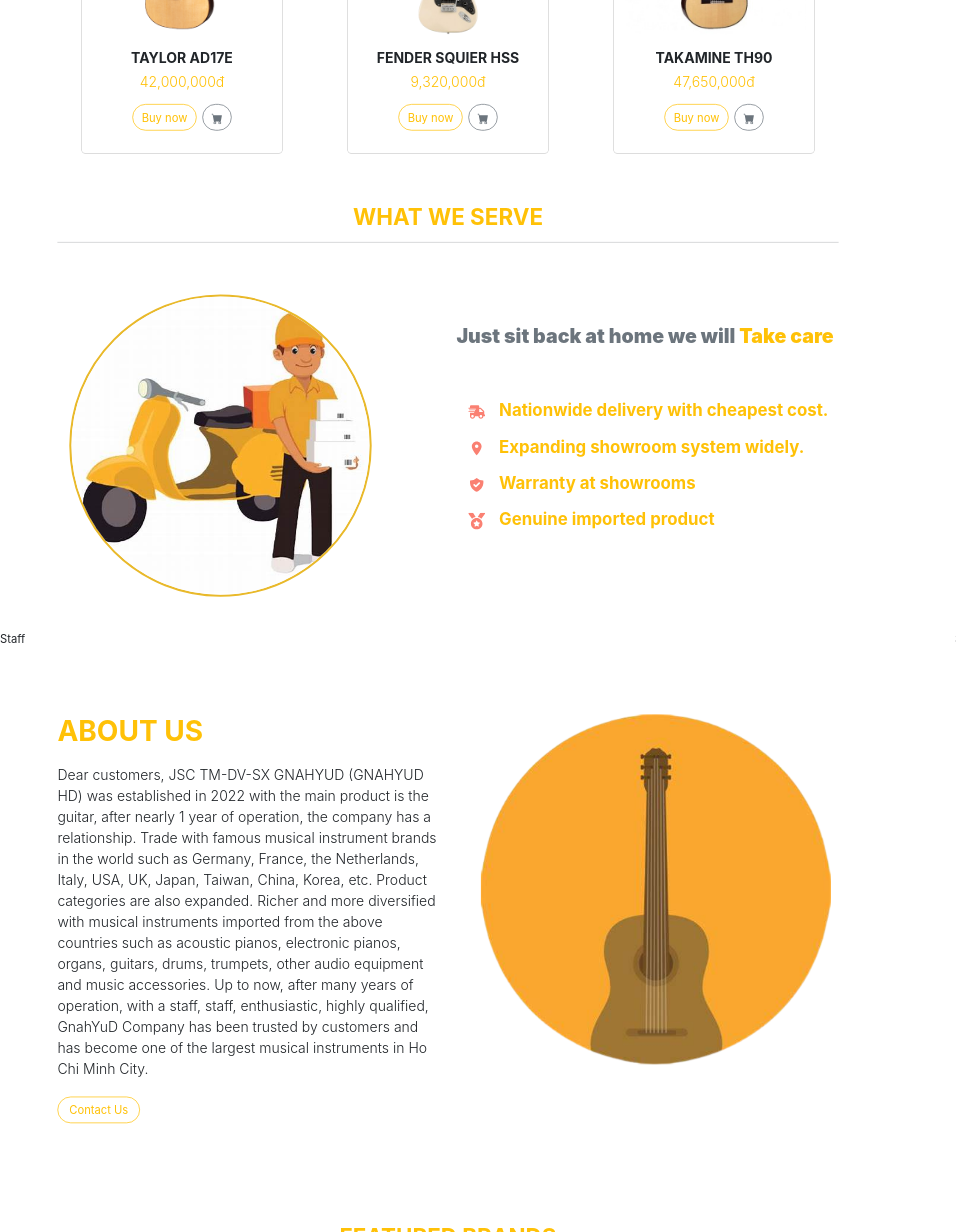
Repository: HoangDuy315/guitar_mern
Page: / (app in client/)
The author's editor kept a copy of each file at every save. The page is drawn from the files as they stood at one save, then again after the next save.
The browser window is 1280 px wide. The page is 1365 px wide, so the pictures cover 1365 px, including what lies to the right of the window. The pictures show the part of the page from y = 2801 to 4561 px (the page is 5907 px tall before and 5995 px after), at 70% of full size.
The page's requests for data from a server got no answer. The project was rebuilt for these pictures with package versions that can differ from the ones it lists, and the page was loaded fresh each time. No one was signed in, and anything a server would have sent is missing. Also part of the build but not shown: client/src/App.css, client/src/components/InfoStaff.jsx, client/src/components/buttons/login/Login.css, client/src/components/buttons/login/Login.jsx, client/src/components/buttons/signup/Signup.css, client/src/components/buttons/signup/Signup.jsx, client/src/components/Logout.jsx, client/src/ProtectedRoute.js and 4 more. Imported but missing from the stored project, and not drawn on this page: client/src/redux/reducers/addItems.

Above is the page before, as saved 2022-11-30 22:01:58.

After the next save:
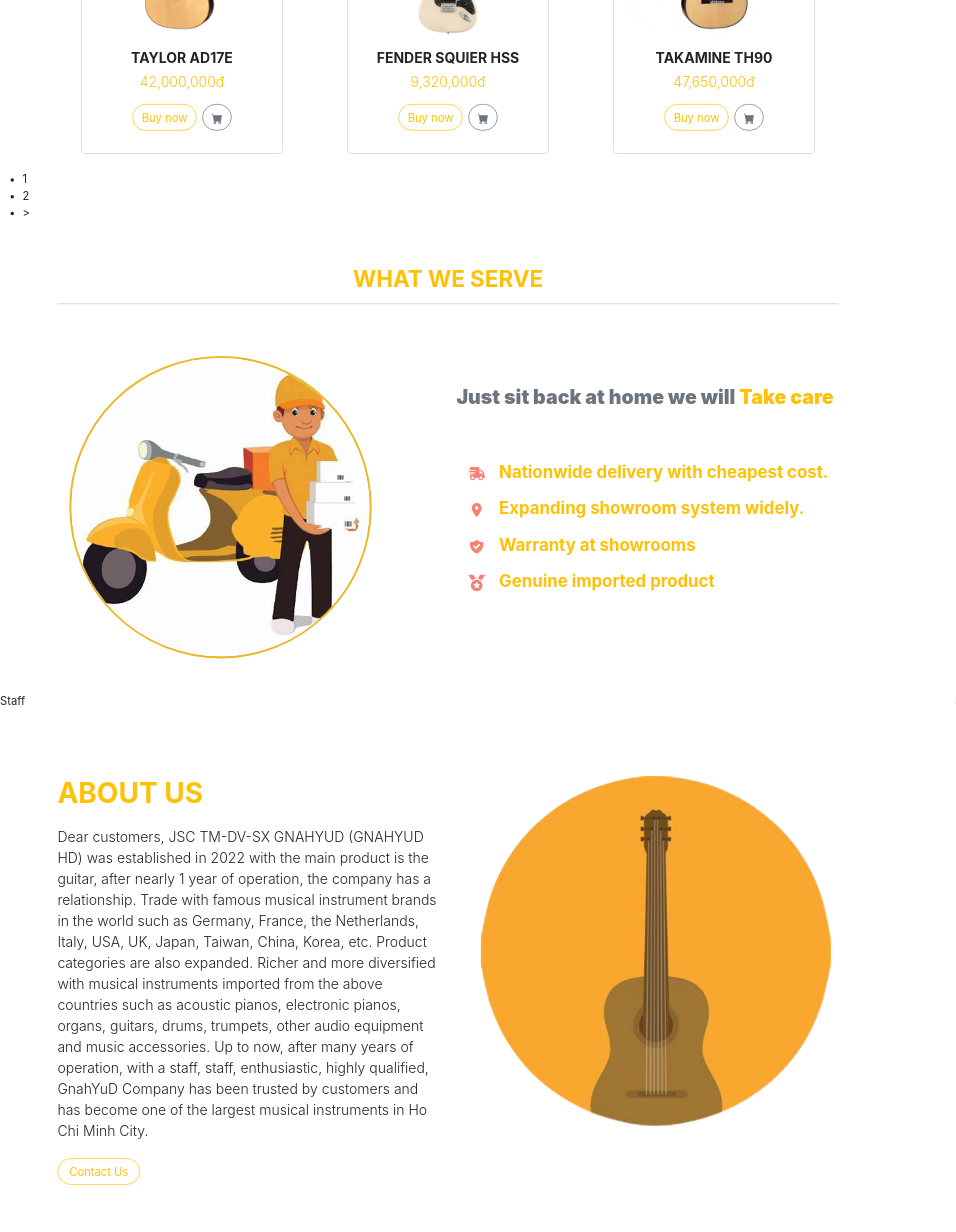
Saved 93 s later.
--- a/client/src/components/Product.jsx
+++ b/client/src/components/Product.jsx
@@ -1,21 +1,32 @@
 import React from "react";
+import { NavLink } from "react-router-dom";
 import { BsFillCartFill } from "react-icons/bs";
 import { DataGuitar } from "../Data";
+import "../style/style.css";
 
 const Product = () => {
   const cardItem = (item) => {
     return (
-      <div class="card border-1 my-4 py-3" style={{ width: " 18rem" }}>
-        <img src={item.img} class="card-img-top" alt="" />
+      <div
+        class="card border-1 my-4 py-3"
+        key={item.id}
+        style={{ width: " 18rem" }}
+      >
+        <img src={item.img} class="img card-img-top" alt="" />
         <div class="card-body text-center">
           <h5 class="card-title fw-bold">{item.title}</h5>
           <p className="lead card-text text-warning">{item.price}</p>
-          <a href="/BuyNow" class="btn btn-outline-warning rounded-pill">
+          <NavLink
+            to={`/products/${item.id}`}
+            class="buynoww btn btn-outline-warning rounded-pill"
+          >
             Buy now
-          </a>
-          <a href="/cart" class="ms-2 btn btn-outline-secondary rounded-pill">
-            <BsFillCartFill />
-          </a>
+          </NavLink>
+          <NavLink to="/cart">
+            <a href="/cart" class="ms-2 btn btn-outline-secondary rounded-pill">
+              <BsFillCartFill />
+            </a>
+          </NavLink>
         </div>
       </div>
     );
@@ -36,6 +47,11 @@ const Product = () => {
           {DataGuitar.map(cardItem)}
         </div>
       </div>
+      <ul className="page-number">
+        <li className="next-page-number">1</li>
+        <li className="next-page-number">2</li>
+        <li className="next-page-number">></li>
+      </ul>
     </div>
   );
 };
